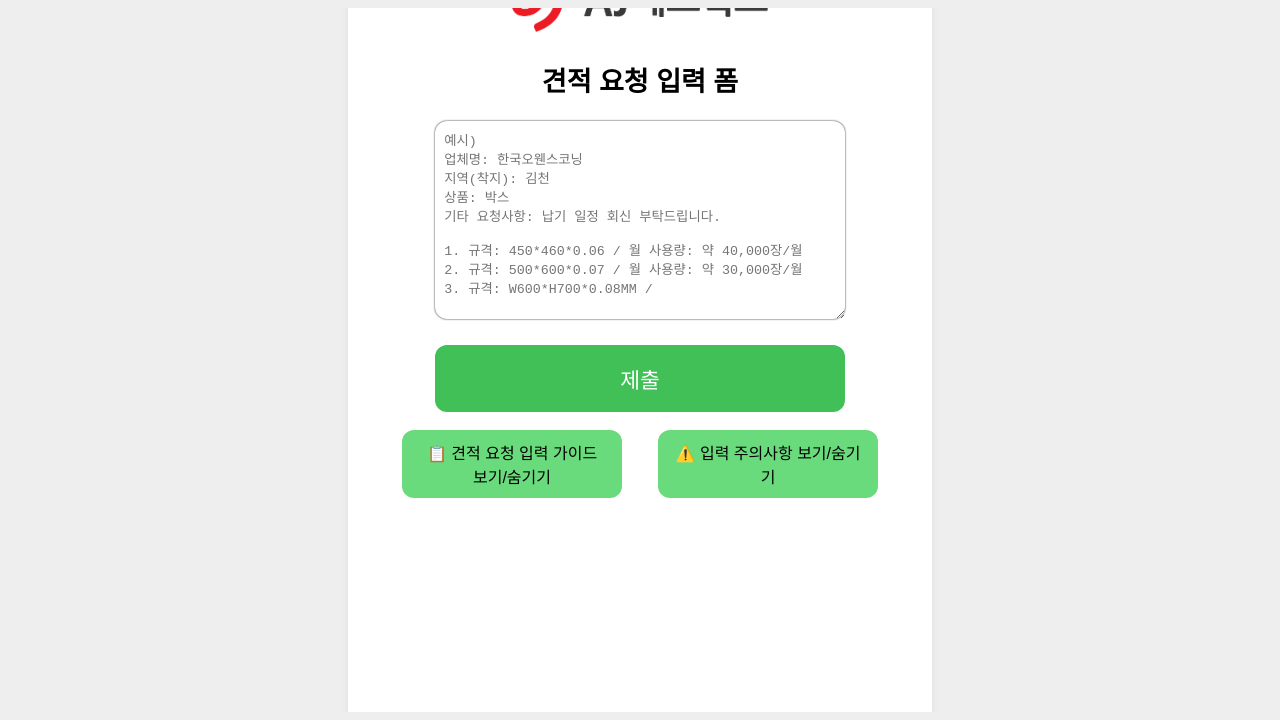
Repository: deul428/logis_test
Page: index.html
The author's editor kept a copy of each file at every save. The page is drawn from the files as they stood at one save, then again after the next save.
The browser window is 1280 px wide. The pictures show the whole page.
Some web fonts or font styles are not loaded; a fallback is used.

Above is the page before, as saved 2025-09-17 09:06:35.

### index.html
<!DOCTYPE html>
<!--
📋 견적 요청 입력 가이드
업체명: [회사명]
지역: [납품지역]
요청사항: [납기, 샘플 등 요청사항]1
1. 상품: / 규격: / 사용량: [월 예상 사용량] / 사용금액: [월 예상 사용금액] / 인쇄: [O/X]
2. 상품: / 규격: / 사용량: [월 예상 사용량] / 사용금액: [월 예상 사용금액] / 인쇄: [O/X]
3. 상품: / 규격: / 사용량: [월 예상 사용량] / 사용금액: [월 예상 사용금액] / 인쇄: [O/X]
⚠️ 입력 주의사항
1. 번호 표기 필수
　- 상품/규격별 정보는 반드시 1., 2., 3. 번호를 붙여 구분합니다.
2. 상품명 표기
　- 동일 상품 + 여러 규격 → 상품:은 한 번만 쓰고, 아래에 규격을 나열해도 가능
　- 서로 다른 상품 → 각 번호마다 반드시 개별 상품:을 함께 작성
3. 필수/선택 항목
　- 업체명, 지역, 상품은 필수
　- 규격, 사용량, 사용금액, 인쇄, 요청사항 등은 선택 (없는 값은 생략 가능) -->
<html lang="ko">
  <head>
    <meta charset="UTF-8" />
    <title>견적 요청 입력 폼</title>
    <link rel="stylesheet" href="./styles/common.css" />
  </head>
  <body>
    <div class="wrap">
      <div class="cntnt_box">
        <div id="header">
          <img class="ci" src="./src/aj_ci.png" />
          <h2>견적 요청 입력 폼</h2>
        </div>
        <div id="input_area">
          <form
            action="https://script.google.com/macros/s/AKfycbwvnTOYbOr6LT2mzblHA0HMxfJFboeq3WsBVHAYUvir3JEZxm_Qbn3yYHUbS3F-L1Fz/exec"
            method="post"
          >
            <!-- <label>메시지:</label><br /> -->
            <textarea
              name="message"
              rows="12"
              placeholder="예시&#41;
업체명: 한국오웬스코닝
지역(착지): 김천
상품: 박스
기타 요청사항: 납기 일정 회신 부탁드립니다.

1. 규격: 450*460*0.06 / 월 사용량: 약 40,000장/월
2. 규격: 500*600*0.07 / 월 사용량: 약 30,000장/월
3. 규격: W600*H700*0.08MM /"
            ></textarea
            ><br /><br />
            <button type="submit">제출</button>
          </form>
        </div>
        <div id="desc_area">
          <div>
            <button class="toggle" onclick="toggleGuide('guideBox_01')">
              📋 견적 요청 입력 가이드 보기/숨기기
            </button>
            <div id="guideBox_01" class="desc_box">
              <div id="guide_01" class="desc">
                <p>📋 견적 요청 입력 가이드</p>
                <p>
                  업체명: [회사명]<br />
                  지역: [납품지역]<br />
                  요청사항: [납기, 샘플 등 요청사항]
                </p>

                <p>
                  1. 상품: / 규격: / 사용량: [월 예상 사용량] / 사용금액: [월
                  예상 사용금액] / 인쇄: [O/X]<br />
                  2. 상품: / 규격: / 사용량: [월 예상 사용량] / 사용금액: [월
                  예상 사용금액] / 인쇄: [O/X]<br />
                  3. 상품: / 규격: / 사용량: [월 예상 사용량] / 사용금액: [월
                  예상 사용금액] / 인쇄: [O/X]
                </p>
              </div>
            </div>
          </div>
          <div>
            <button class="toggle" onclick="toggleGuide('guideBox_02')">
              ⚠️ 입력 주의사항 보기/숨기기
            </button>
            <div id="guideBox_02" class="desc_box">
              <div id="guide_02" class="desc">
                <p>⚠️ 입력 주의사항</p>
                <p>
                  1. 번호 표기 필수<br />
                  - 상품/규격별 정보는 반드시 1., 2., 3. 번호를 붙여
                  구분합니다.<br />
                  2. 상품명 표기<br />
                  - 동일 상품 + 여러 규격 → 상품:은 한 번만 쓰고, 아래에 규격을
                  나열해도 가능<br />
                  - 서로 다른 상품 → 각 번호마다 반드시 개별 상품:을 함께
                  작성<br />
                  3. 필수/선택 항목<br />
                  - 업체명, 지역, 상품은 필수<br />
                  - 규격, 사용량, 사용금액, 인쇄, 요청사항 등은 선택 (없는 값은
                  생략 가능)
                </p>
              </div>
            </div>
          </div>
        </div>
      </div>
    </div>
  </body>
  <script>
    function toggleGuide(e) {
      const guideBox = document.getElementById(e);
      guideBox.classList.toggle("open");
    }
  </script>
</html>

### styles/common.css
@import url("https://fonts.googleapis.com/css2?family=Chiron+GoRound+TC:wght@200..900&family=Nanum+Pen+Script&display=swap");
html,
body {
  font-family: "Chiron GoRound TC", sans-serif;
  font-optical-sizing: auto;
  font-weight: 400;
  font-style: normal;
  font-size: 18px;
  width: 100dvw;
  height: 100dvh;
  overflow: hidden;
  background: #eee;
  display: flex;
  justify-content: center;
  align-items: center;
  flex-direction: column;
}
.wrap {
  width: 40%;
  /* height: 60%; */
  padding: 2rem;
  background: white;
  border-radius: 12px;
  box-shadow: 0 5px 10px 0 rgba(0, 0, 0, 0.064);
}
.cntnt_box {
  width: 100%;
  height: 100%;
  display: flex;
  justify-content: flex-start;
  align-items: center;
  flex-direction: column;
}
#header {
  text-align: center;
  width: 20dvw;
}
.ci {
  width: 100%;
}

#input_area {
  margin-bottom: 1rem;
  width: 100%;

}
#input_area form {
  width: 80%;
  margin: 0 auto;
  text-align: center;
}
#input_area form > textarea {
  width: calc(100% - 1rem);
  padding: 0.5rem;
  border: none;
  border-radius: 12px;
  box-shadow: 0 0 2px 0 #000;
}
#input_area label {
}
#input_area button {
  all: unset;
  width: 100%;
  background: #40c057;
  color: #fff;
  font-style: 800;
  font-size: 1.2rem;
  padding: 1rem 0;
  border-radius: 12px;
  transition: background 0.3s linear;
  cursor: pointer;
}
#input_area button:hover {
  background: #37b24d;
}
#desc_area {
  width: 100%;
  height: 40dvh;
  overflow-y: auto;
  margin-bottom: 24px;
  display: flex;
  flex-direction: row;
}
#desc_area > div {
  width: 50%;
}
#desc_area > div .toggle {
  width: calc(100% - 2rem);
  margin-inline-start: 1rem;
  z-index: 999;
  display: inline-block;
  padding: 10px 16px;
  font-size: 16px;
  background: #69db7c;
  border: none;
  border-radius: 12px;
  cursor: pointer;
  transition: background 0.3s linear;
}
#desc_area .toggle:hover {
  background: #37b24d;
}

#desc_area > div .desc_box {
  width: calc(100% - 4rem);
  margin-inline-start: 1rem;
  display: flex;
  flex-direction: column;
  max-height: 0;
  opacity: 0;
  transition: max-height 0.3s linear; /* , opacity 0.3s linear; */
  background: #f9f9f9;
  border: 1px solid #ddd;
  border-radius: 6px;
  margin-top: 10px;
  padding: 1rem;
}

#desc_area .desc_box.open {
  max-height: 500px; /* 충분히 큰 값 */
  opacity: 1;
}

After the next save:
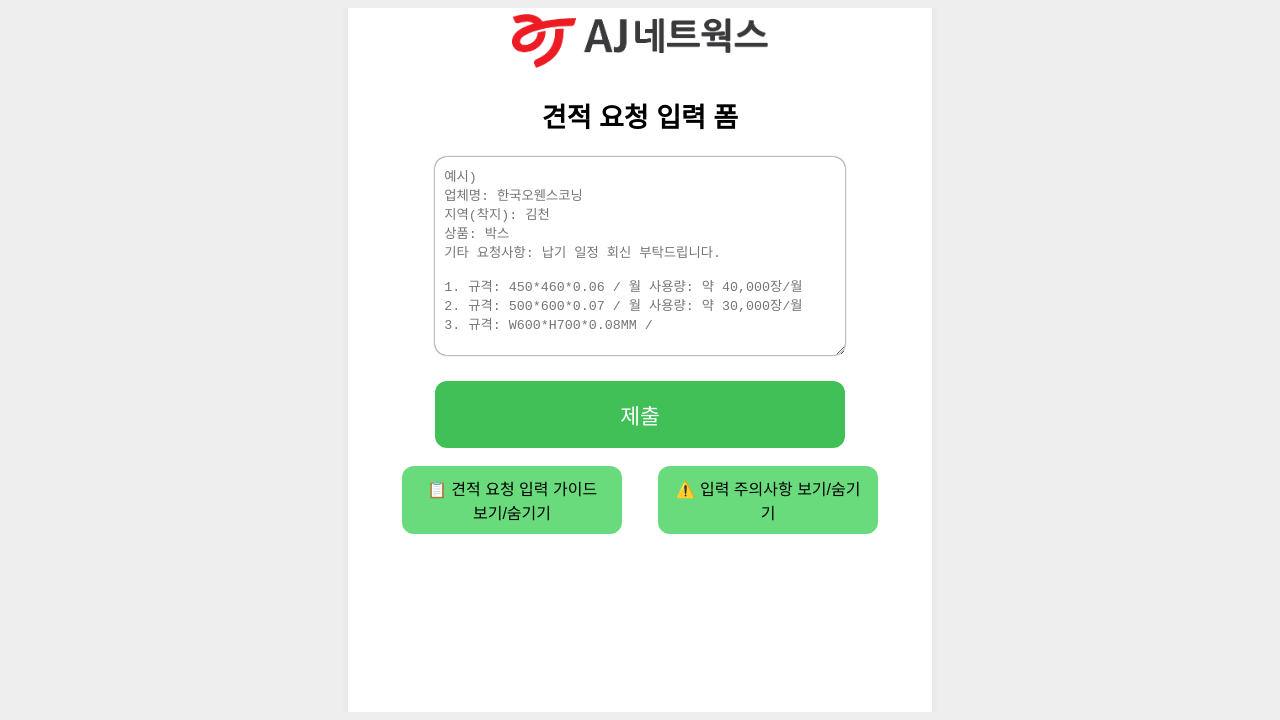
Saved 6 s later.
--- a/styles/common.css
+++ b/styles/common.css
@@ -75,7 +75,7 @@
 }
 #desc_area {
   width: 100%;
-  height: 40dvh;
+  height: 30dvh;
   overflow-y: auto;
   margin-bottom: 24px;
   display: flex;
